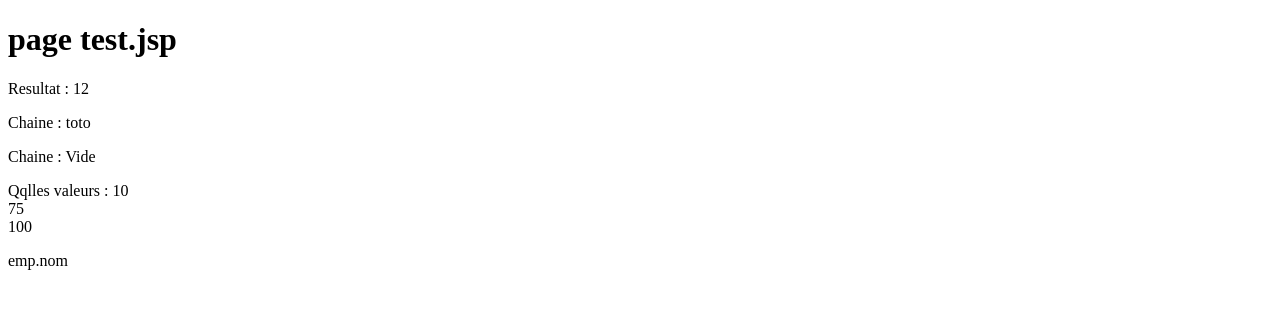
Repository: Moana007/javaee-workspace
Page: http://localhost/Site_cours/test
These files come from the project's save history. The page is drawn as it stood at one moment and after the next save; the edit follows.
The browser window is 1280 px wide. The pictures show the whole page.
The page is served by Tomcat 9.

Above is the page before, as saved 2019-01-28 15:31:15.

After the next save:
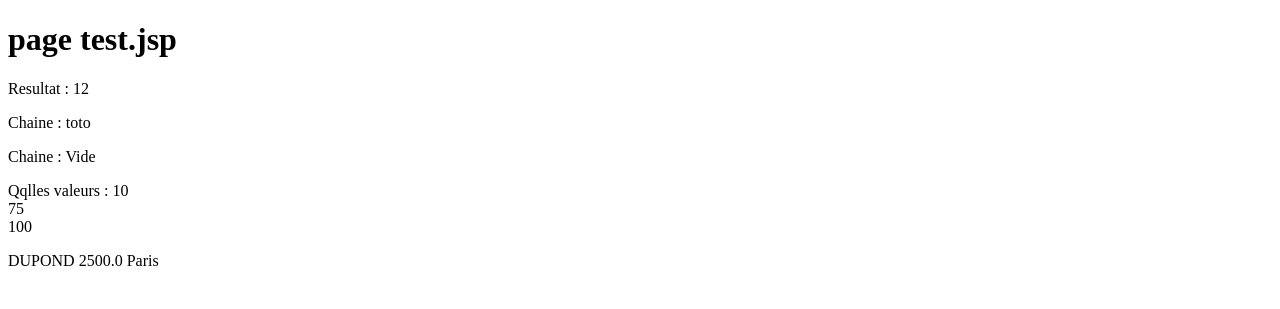
Saved 66 s later.
--- a/Site_cours/WebContent/WEB-INF/test.jsp
+++ b/Site_cours/WebContent/WEB-INF/test.jsp
@@ -11,7 +11,10 @@
 <p>Chaine : ${ chaine }</p>
 <p>Chaine : ${ empty chaine2 ? "Vide" : chaine2 }</p>
 <p>Qqlles valeurs : ${ ints[0]} <br> ${ ints[3]} <br> ${ ints[4]}</p>
-<p>emp.nom</p>
+<p> ${ emp.nom }
+	${ emp.salaire }
+	${ emp.getVille() }
+</p>
 
 </body>
 </html>
